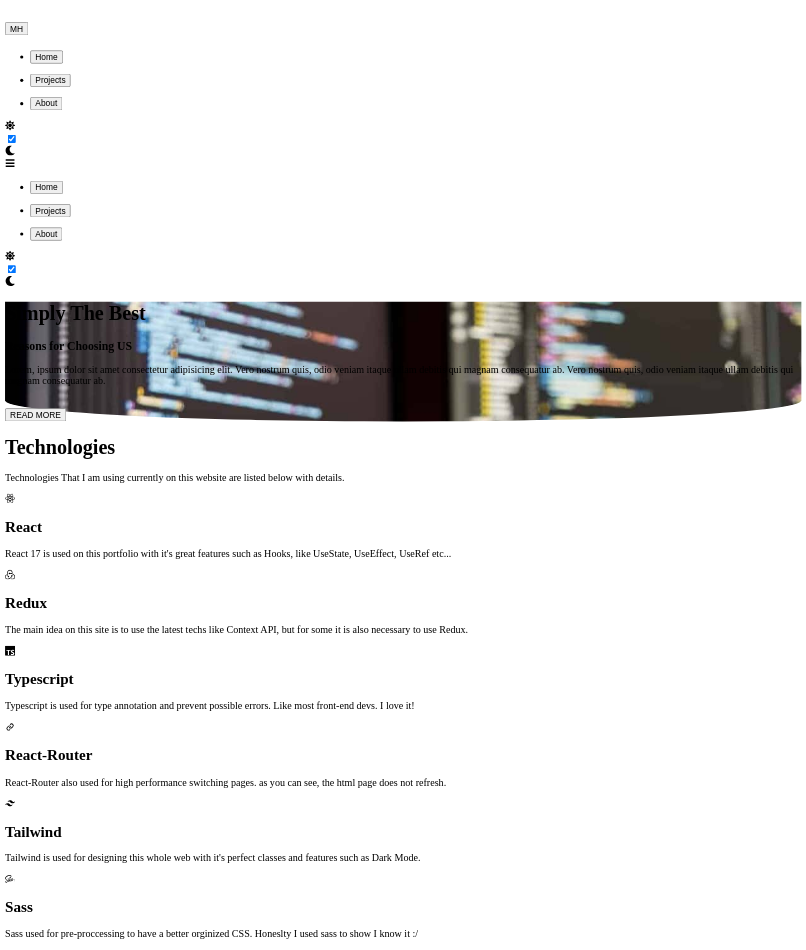
Repository: SMohammadH/react-typescript-tailwind
Page: /
These files come from the project's save history. The page is drawn as it stood at one moment and after the next save; the edit follows.
The browser window is 1280 px wide. The pictures show the whole page, at 63% of full size.
The project was rebuilt for these pictures with package versions that can differ from the ones it lists, and the page was loaded fresh each time. Also part of the build but not shown: craco.config.js.

Above is the page before, as saved 2021-02-05 06:11:38.

After the next save:
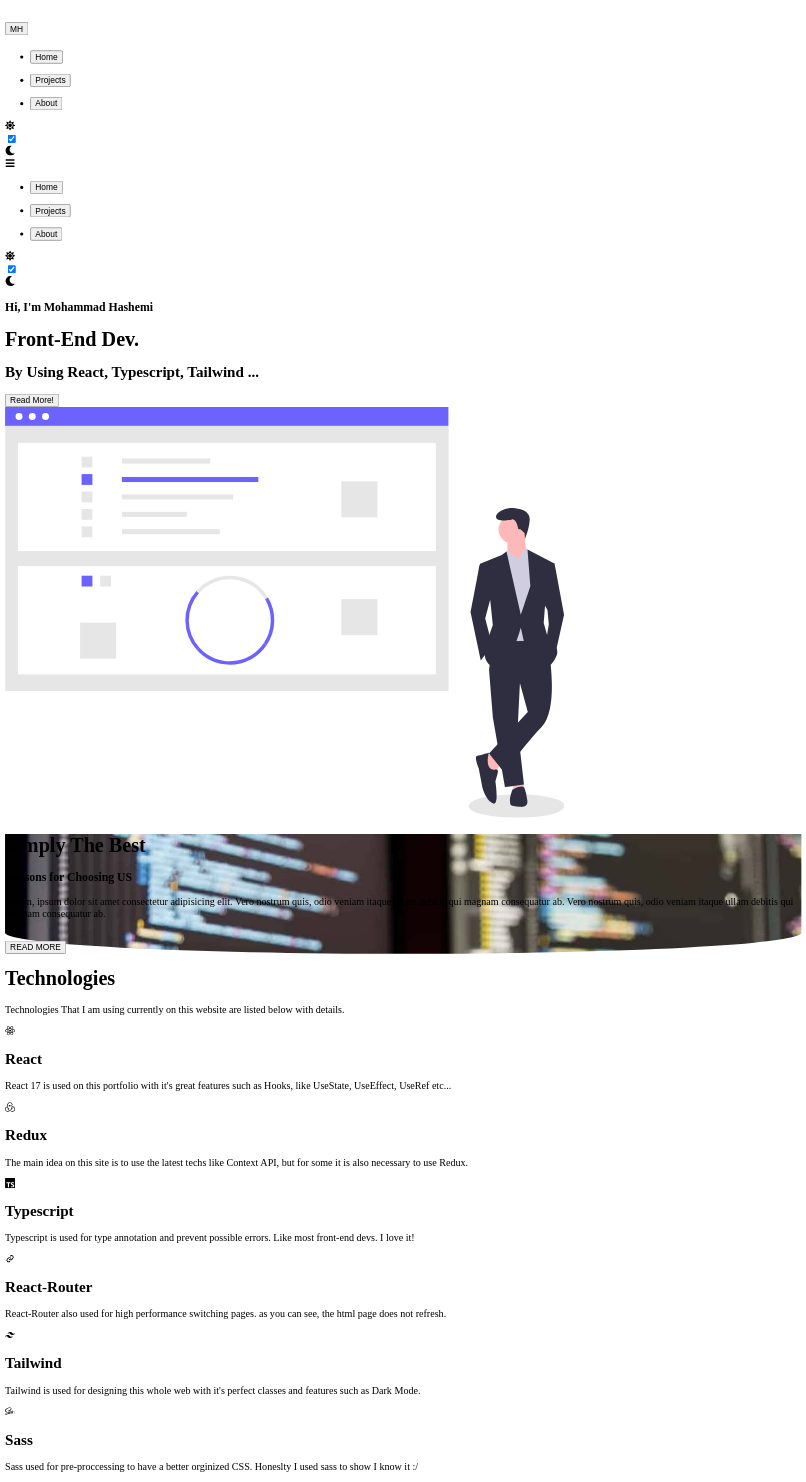
Saved 74 s later.
--- a/src/App.tsx
+++ b/src/App.tsx
@@ -12,8 +12,8 @@ const App: React.FC = () => {
       <ThemeProvider>
         <Navbar />
         <div className="">
+          <FirstSection />
           <Header />
-          {/* <FirstSection /> */}
           <SecondSection />
         </div>
       </ThemeProvider>
